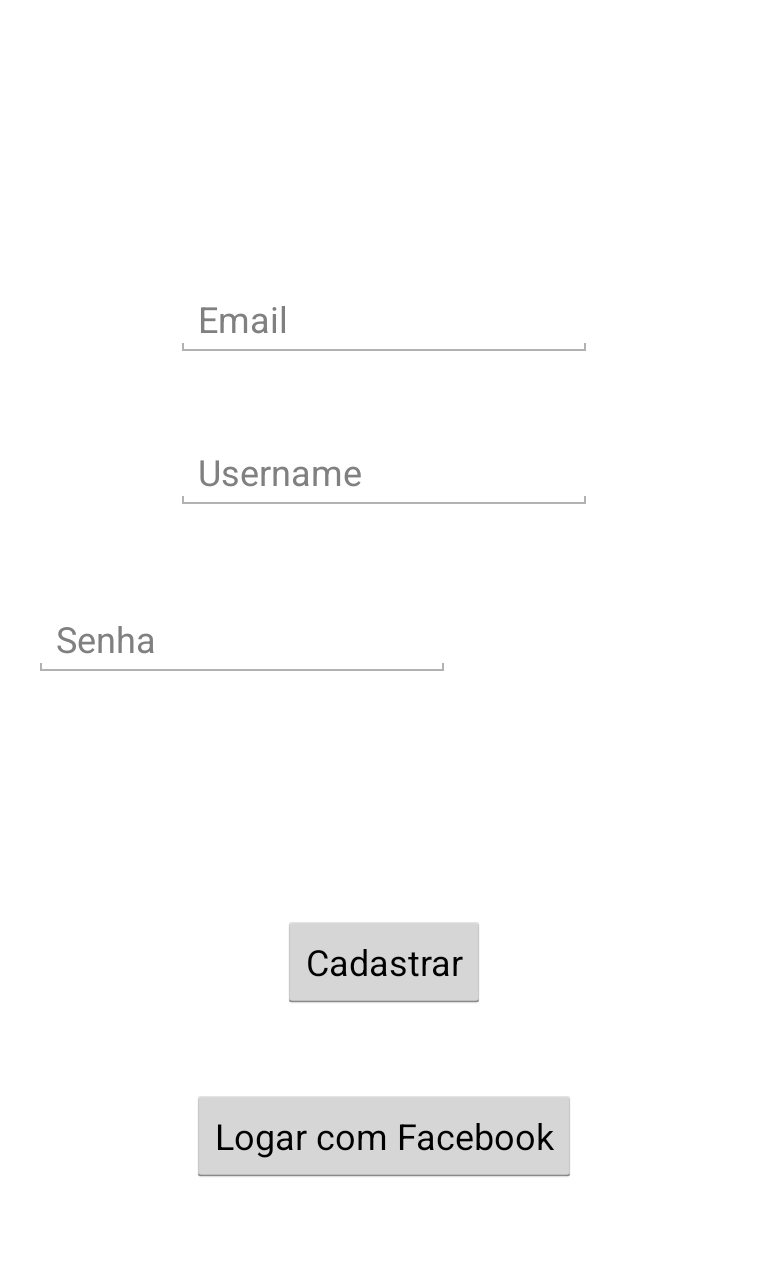
Repository: sergiofffilho/TrocandoIdeias
Layout: workspace/TrocandoIdeias/res/layout/activity_cadastro.xml
An editor plug-in stored every save of this project. The layout is shown before and after the next save, followed by the edit.
It is drawn on a 768 x 1280 px phone screen (xhdpi) without system bars, with theme AppTheme; the app's code is not run. The app's manifest (not shown) leaves right-to-left support off. So textAlignment, textDirection and layoutDirection are ignored, and left and right values win over start and end ones.

Above is the layout before, as saved 2015-04-25 20:45:37.

After the next save:
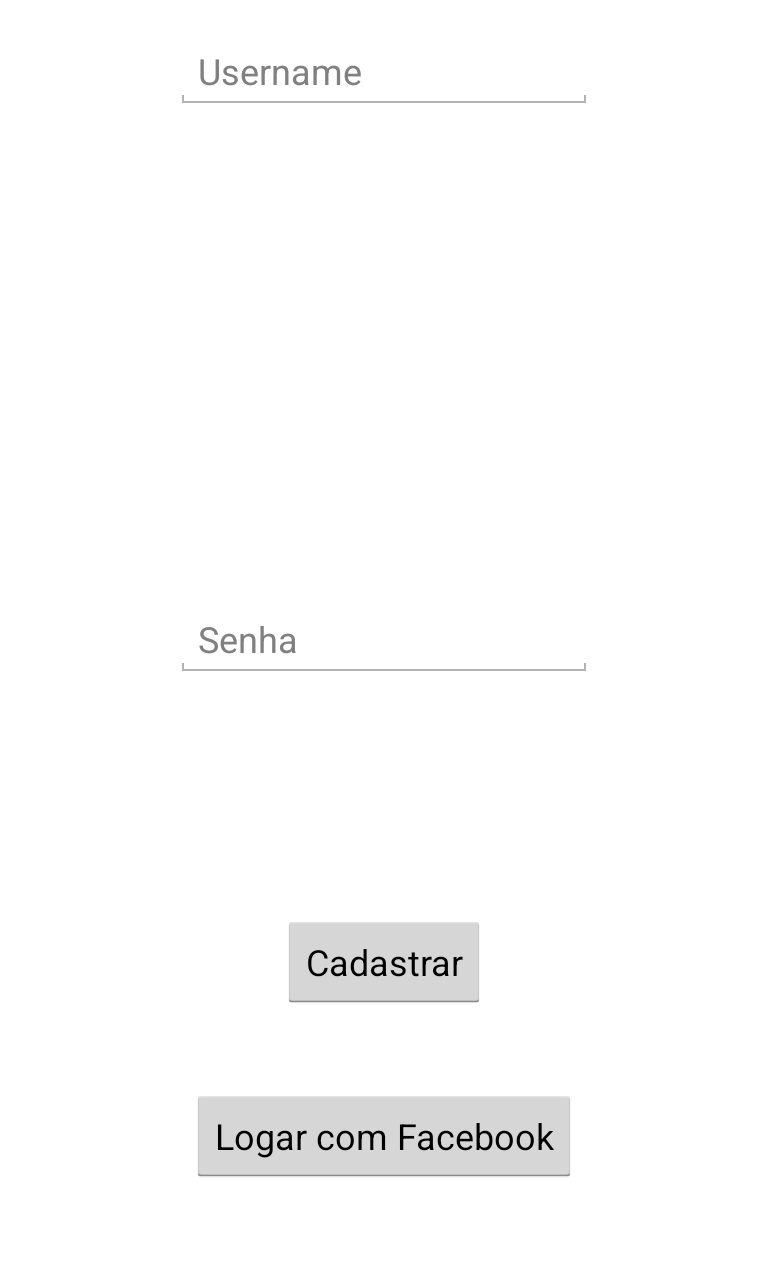
Saved 62 s later.
--- a/workspace/TrocandoIdeias/res/layout/activity_cadastro.xml
+++ b/workspace/TrocandoIdeias/res/layout/activity_cadastro.xml
@@ -29,6 +29,15 @@
         android:ems="10"
         android:hint="@string/usernameCadastro" />
 
+    <EditText
+        android:id="@+id/senha"
+        android:layout_width="wrap_content"
+        android:layout_height="wrap_content"
+        android:layout_alignStart="@+id/username"
+        android:layout_centerVertical="true"
+        android:ems="10"
+        android:hint="@string/senha" />
+
     <Button
         android:id="@+id/button2"
         android:layout_width="wrap_content"
@@ -47,13 +56,6 @@
         android:layout_marginBottom="39dp"
         android:text="@string/cadastro" />
 
-    <EditText
-        android:id="@+id/editText3"
-        android:layout_width="wrap_content"
-        android:layout_height="wrap_content"
-        android:layout_alignStart="@+id/editText2"
-        android:layout_centerVertical="true"
-        android:ems="10"
-        android:hint="@string/senha" />
+
 
 </RelativeLayout>
